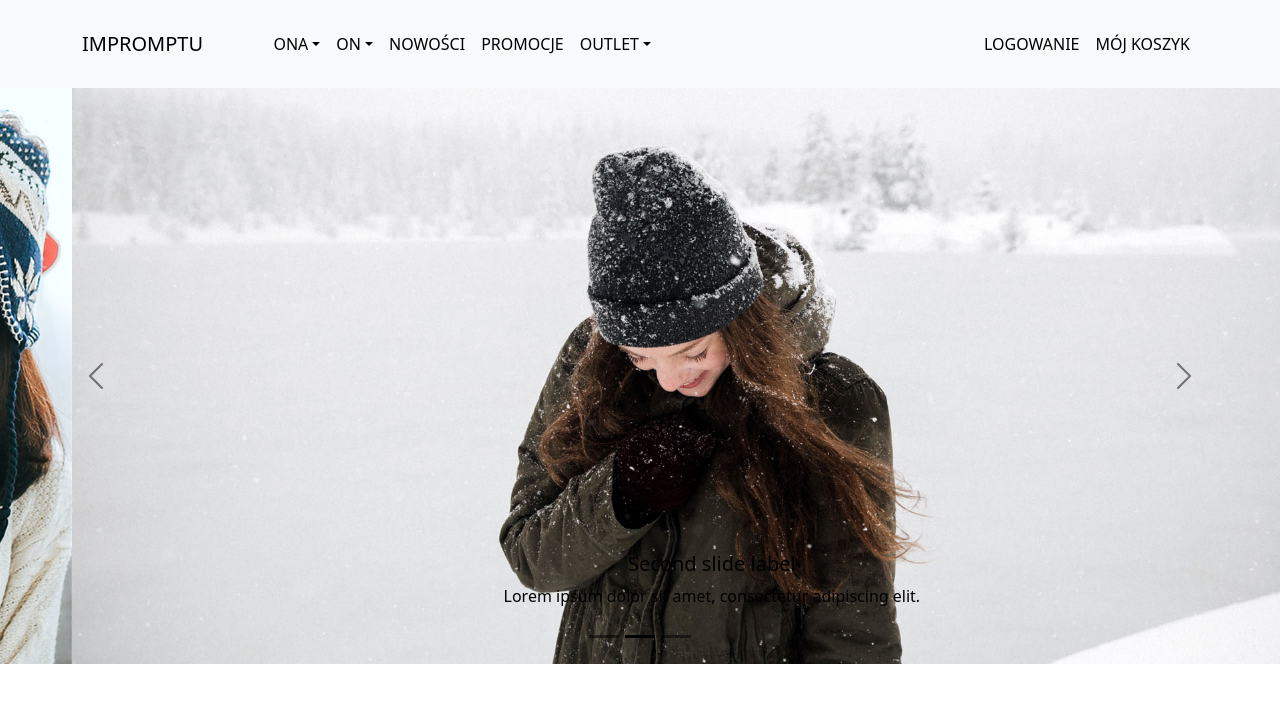
Repository: michalgornicki/Impromptu
Page: /
These files come from the project's save history. The page is drawn as it stood at one moment and after the next save; the edit follows.
The browser window is 1280 px wide. The pictures show the whole page.
The project was rebuilt for these pictures with package versions that can differ from the ones it lists, and the page was loaded fresh each time.

Above is the page before, as saved 2021-12-23 12:46:51.

After the next save:
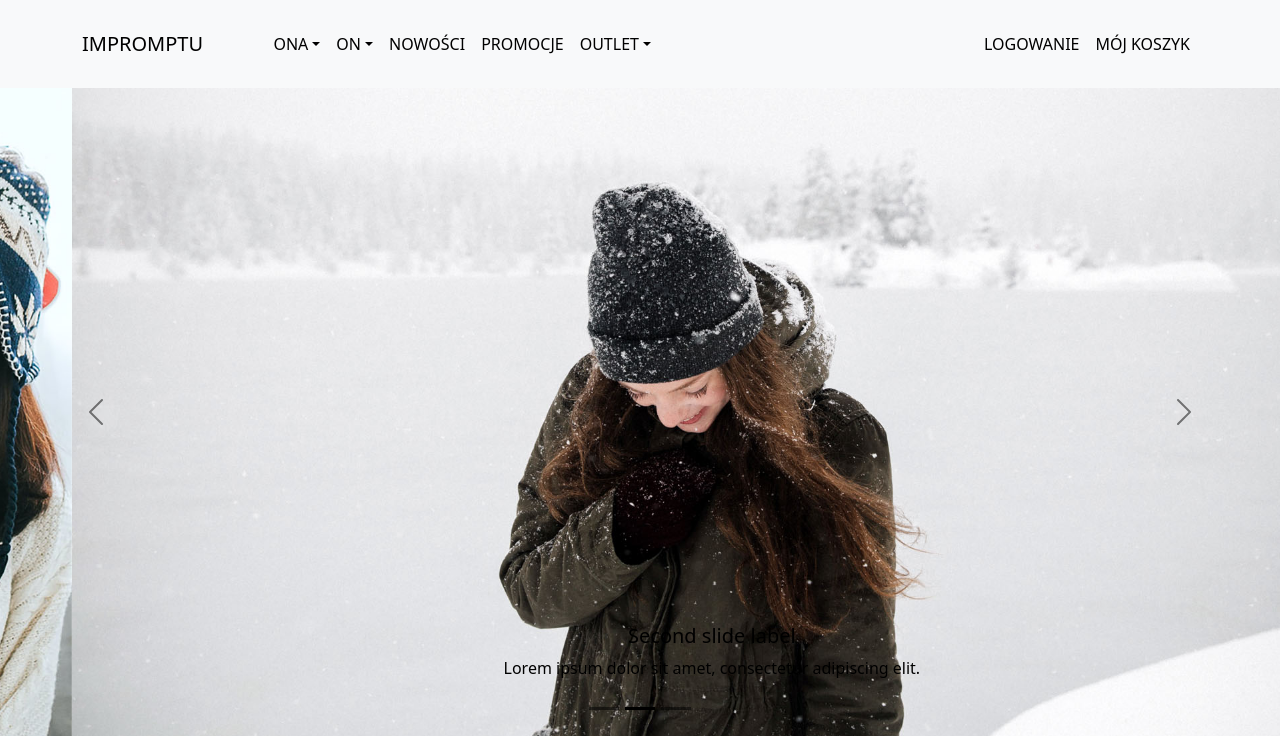
Saved 10 s later.
--- a/src/App.css
+++ b/src/App.css
@@ -11,6 +11,6 @@
 }
 
 .carousel img {
-    height: 80vh;
+    height: 90vh;
     object-fit: cover;
 }
